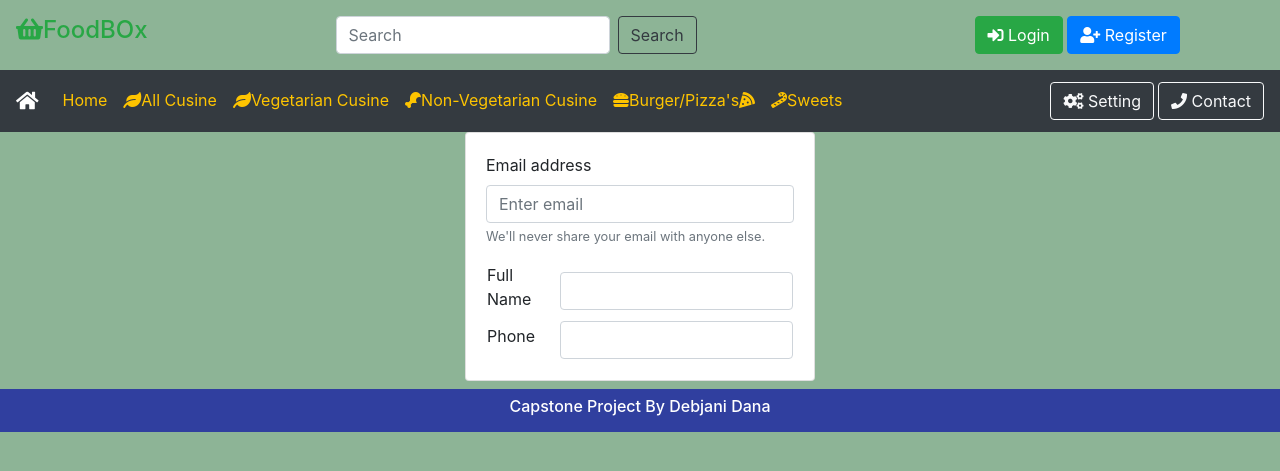
Repository: debjaniprofessional32/Capstone-Final-FoodBox-Delivery-Project
Page: http://localhost/OnlinFoodBOX/Edit_Profile.jsp
An editor plug-in stored every save of this project. The page is shown before and after the next save, followed by the edit.
The browser window is 1280 px wide. The pictures show the whole page.
Some web libraries are served in a nearby version. The page is served by Tomcat 9. Other server files are loaded and not shown.

Above is the page before, as saved 2022-12-23 11:21:58.

### OnlinFoodBOX/src/main/webapp/Edit_Profile.jsp
<%@ page language="java" contentType="text/html; charset=ISO-8859-1"
    pageEncoding="ISO-8859-1"%>
<!DOCTYPE html>
<html>
<head>
<meta charset="ISO-8859-1">
<title>Edit Profile</title>
<%@include file="all_Component/allCss.jsp"%>
</head>
<body style="background-color:#8DB496 ">
<%@include file="all_Component/navbar.jsp"%>

<div class="container">
<div class="row">
<div class="col-md-4 offset-md-4">
<div class="card">
<div class="card-body">
<form class="form-horizontal" action="" method="">

<table>
<tr>
<td>
    <label for="exampleInputEmail1">Full Name</label>
    </td>
    <td>
    <input type="text" class="form-control" name="fname" id="exampleInputEmail1" aria-describedby="emailHelp" required="required">
 </td>
 </tr>
 <tr>
 <td>
    <label for="exampleInputEmail1">Phone</label>
    </td>
    <td>
    <input type="number" class="form-control" name="phone" id="exampleInputEmail1" aria-describedby="emailHelp" required="required"">
 </td>
 </tr>
<div class="form-group">
    <label for="exampleInputEmail1">Email address</label>
    <input type="email" class="form-control" id="exampleInputEmail1" aria-describedby="emailHelp" placeholder="Enter email">
    <small id="emailHelp" class="form-text text-muted">We'll never share your email with anyone else.</small>
  </div>







</table>





</form>


</div>



</div>


</div>




</div>




</div>


	<%@include file="all_Component/footer.jsp"%>

</body>
</html>

### OnlinFoodBOX/src/main/webapp/all_Component/allCss.jsp
<link rel="stylesheet"
	href="https://cdn.jsdelivr.net/npm/bootstrap@4.0.0/dist/css/bootstrap.min.css"
	integrity="sha384-Gn5384xqQ1aoWXA+058RXPxPg6fy4IWvTNh0E263XmFcJlSAwiGgFAW/dAiS6JXm"
	crossorigin="anonymous">
<script src="https://code.jquery.com/jquery-3.2.1.slim.min.js"
	integrity="sha384-KJ3o2DKtIkvYIK3UENzmM7KCkRr/rE9/Qpg6aAZGJwFDMVNA/GpGFF93hXpG5KkN"
	crossorigin="anonymous"></script>
<script
	src="https://cdn.jsdelivr.net/npm/popper.js@1.12.9/dist/umd/popper.min.js"
	integrity="sha384-ApNbgh9B+Y1QKtv3Rn7W3mgPxhU9K/ScQsAP7hUibX39j7fakFPskvXusvfa0b4Q"
	crossorigin="anonymous"></script>
<script
	src="https://cdn.jsdelivr.net/npm/bootstrap@4.0.0/dist/js/bootstrap.min.js"
	integrity="sha384-JZR6Spejh4U02d8jOt6vLEHfe/JQGiRRSQQxSfFWpi1MquVdAyjUar5+76PVCmYl"
	crossorigin="anonymous"></script>
<link rel="stylesheet"
	href="https://cdnjs.cloudflare.com/ajax/libs/font-awesome/5.15.3/css/all.min.css"
	integrity="sha512-iBBXm8fW90+nuLcSKlbmrPcLa0OT92xO1BIsZ+ywDWZCvqsWgccV3gFoRBv0z+8dLJgyAHIhR35VZc2oM/gI1w=="
	crossorigin="anonymous" referrerpolicy="no-referrer" />

### OnlinFoodBOX/src/main/webapp/all_Component/navbar.jsp
 <%@ taglib prefix="c" uri="http://java.sun.com/jsp/jstl/core" %>
 <%@ page isELIgnored = "false" %>
 <style type="text/css">
 .navbar {
     background: #000000
 }

 .nav-item::after {
     content: '';
     display: block;
     width: 0px;
     height: 2px;
     background: #fec400;
     transition: 0.4s
 }

 .nav-item:hover::after {
     width: 100%
 }

 .navbar-dark .navbar-nav .active>.nav-link,
 .navbar-dark .navbar-nav .nav-link.active,
 .navbar-dark .navbar-nav .nav-link.show,
 .navbar-dark .navbar-nav .show>.nav-link,
 .navbar-dark .navbar-nav .nav-link:focus,
 .navbar-dark .navbar-nav .nav-link:hover {
     color: #fec400
 }

 .nav-link {
     padding: 10px 5px;
     transition: 0.2s
 }

 body{
     background-color:grey;
 }
</style>
<div class="container-fluid p-3">
	<div class="row">

		<div class="col-md-3 text-success">

<h4><i class='fa fa-shopping-basket'></i>FoodBOx</h4>
		</div>

		<div class="col-md-6">
			<form class="form-inline my-2 my-lg-0">
				<input class="form-control mr-sm-2" type="search"
					placeholder="Search" aria-label="Search">
				<button class="btn btn-outline-dark my-2 my-sm-0" type="submit">Search</button>
			</form>
		</div>
		<c:if test="${not empty userobj}">
		<div class="col-md-3">
		    <a href="checkout.jsp" class="mt-6"><i class='fas fa-cart-plus fa-2x '></i></a>
			<a href="login.jsp" class="btn btn-success"><i class='fas fa-user-plus'></i>&nbsp;${userobj.name}</a>
			<a href="logout" class="btn btn-primary "><i class='fas fa-sign-in-alt'></i>&nbsp;Logout</a>
		</div>

		</c:if>
		<c:if test="${empty userobj}">
		<div class="col-md-3">
			<a href="login.jsp" class="btn btn-success"><i class='fas fa-sign-in-alt'></i>&nbsp;Login</a>
			<a href="rejister.jsp" class="btn btn-primary "><i class='fas fa-user-plus'></i>&nbsp;Register</a>
		</div>

		</c:if>

	</div>



</div>


<nav class="navbar navbar-expand-lg navbar-dark bg-dark">
  <a class="navbar-brand " href="#"><i class="fas fa-home"></i></a>
  <button class="navbar-toggler" type="button" data-toggle="collapse" data-target="#navbarSupportedContent" aria-controls="navbarSupportedContent" aria-expanded="false" aria-label="Toggle navigation">
    <span class="navbar-toggler-icon"></span>
  </button>

  <div class="collapse navbar-collapse" id="navbarSupportedContent">
    <ul class="navbar-nav mr-auto">
      <li class="nav-item active "><a class="nav-link " href="index.jsp">Home <span class="sr-only">(current)</span></a></li>
      <li class="nav-item active"><a class="nav-link" href="all_veg.jsp"><i class="fa fa-leaf"></i>All Cusine</a></li>
      <li class="nav-item active"><a class="nav-link" href="all_veg1.jsp"><i class="fa fa-leaf"></i>Vegetarian Cusine</a></li>
      <li class="nav-item active"><a class="nav-link " href="all_nonveg.jsp"><i class='fas fa-drumstick-bite'></i>Non-Vegetarian Cusine</a></li>
      <li class="nav-item active"><a class="nav-link " href="all_Bpizza.jsp"><i class='fas fa-hamburger'></i>Burger/Pizza's<i class='fas fa-pizza-slice'></i></a></li>
      <li class="nav-item active"><a class="nav-link " href="all_sweet.jsp"><i class='fas fa-candy-cane'></i>Sweets</a></li>
    </ul>
    <form class="form-inline my-2 my-lg-0">
     <a class="btn btn-outline-light my-2 my-sm-0" href="setting.jsp" class="outline-light"><i class='fa fa-cogs '></i>&nbsp;Setting</a>
      <button class="btn btn-outline-light my-2 my-sm-0 ml-1" type="submit"><i class='fa fa-phone'></i>&nbsp;Contact</button>
    </form>
  </div>
</nav>

### OnlinFoodBOX/src/main/webapp/all_Component/footer.jsp
<div class="container-fluid text-center text-white p-2 mt-2" style="background-color:#303f9f;">
<h6>Capstone Project By Debjani Dana</h6>

</div>

After the next save:
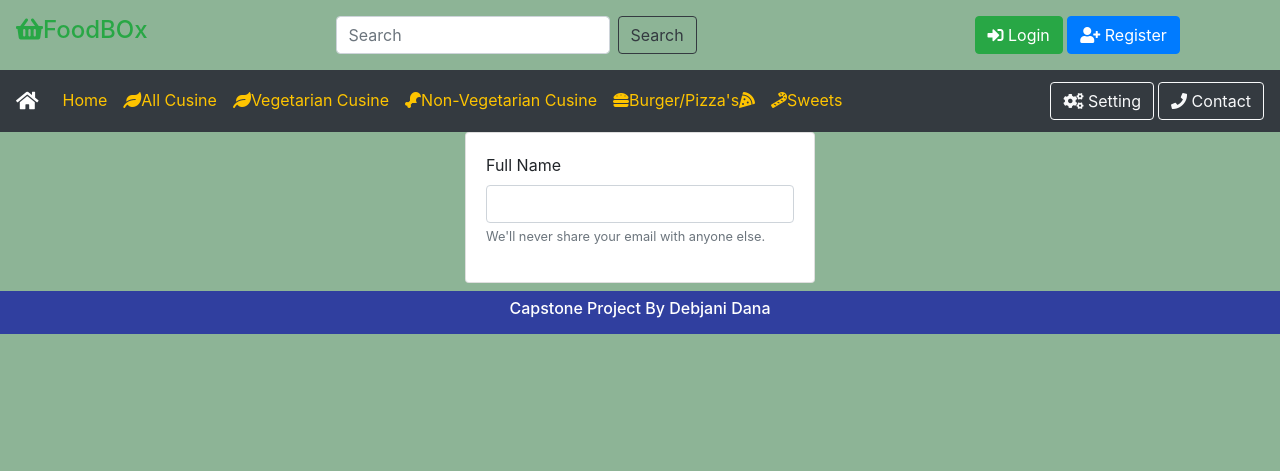
Saved 2 min 0 s later.
--- a/OnlinFoodBOX/src/main/webapp/Edit_Profile.jsp
+++ b/OnlinFoodBOX/src/main/webapp/Edit_Profile.jsp
@@ -17,26 +17,10 @@
 <div class="card-body">
 <form class="form-horizontal" action="" method="">
 
-<table>
-<tr>
-<td>
+
+<div class="form-group">
     <label for="exampleInputEmail1">Full Name</label>
-    </td>
-    <td>
-    <input type="text" class="form-control" name="fname" id="exampleInputEmail1" aria-describedby="emailHelp" required="required">
- </td>
- </tr>
- <tr>
- <td>
-    <label for="exampleInputEmail1">Phone</label>
-    </td>
-    <td>
-    <input type="number" class="form-control" name="phone" id="exampleInputEmail1" aria-describedby="emailHelp" required="required"">
- </td>
- </tr>
-<div class="form-group">
-    <label for="exampleInputEmail1">Email address</label>
-    <input type="email" class="form-control" id="exampleInputEmail1" aria-describedby="emailHelp" placeholder="Enter email">
+    <input type="tex5" class="form-control" id="" aria-describedby="" placeholder="">
     <small id="emailHelp" class="form-text text-muted">We'll never share your email with anyone else.</small>
   </div>
 
@@ -46,7 +30,8 @@
 
 
 
-</table>
+
+
 
 
 
